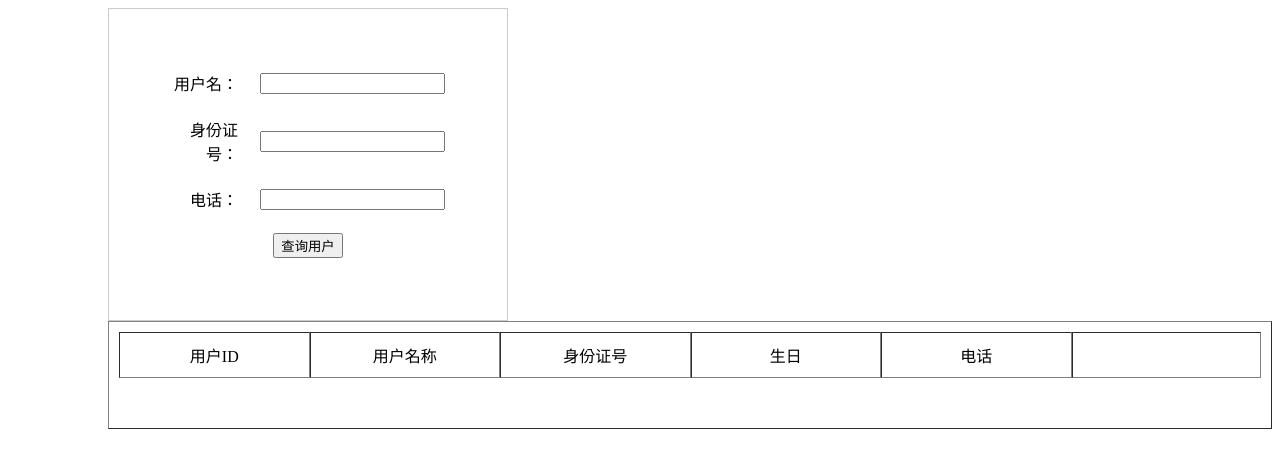
Repository: showmore/study
Page: http://localhost/MyWebProject/
The author's editor kept a copy of each file at every save. The page is drawn from the files as they stood at one save, then again after the next save.
The browser window is 1280 px wide. The pictures show the whole page.
The page is served by Tomcat 9.

Above is the page before, as saved 2018-12-23 13:41:21.

After the next save:
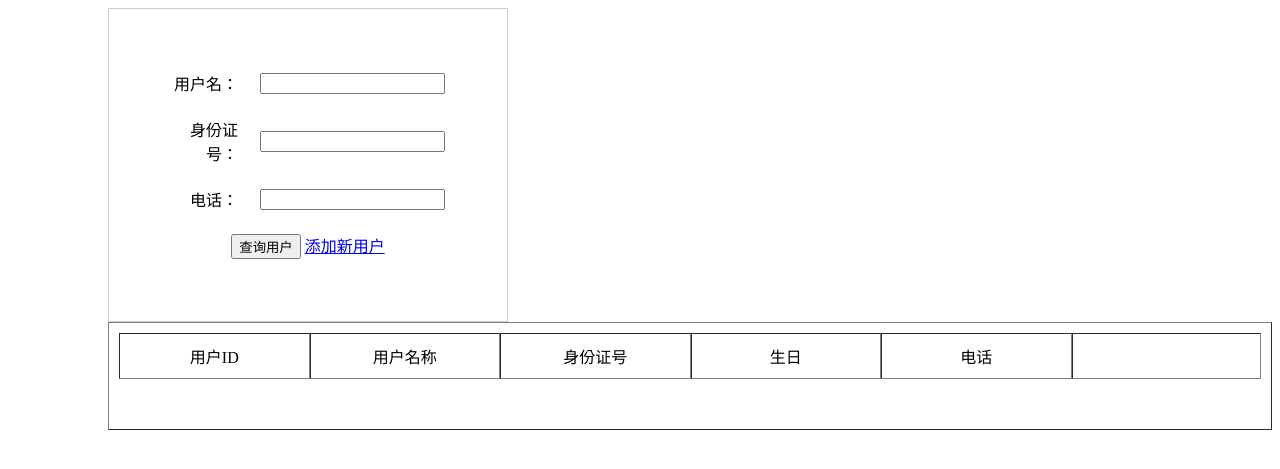
Saved 73 s later.
--- a/MyWebProject/WebContent/index.jsp
+++ b/MyWebProject/WebContent/index.jsp
@@ -41,7 +41,7 @@
 			<tr>
 				<td colspan=2 style="text-align: center;"><input type="submit"
 					value="查询用户" />
-					<a href="<%=request.getContextPath()%>/add.udo"></a>
+					<a href="<%=request.getContextPath()%>/add.udo">添加新用户</a>
 					</td>
 
 			</tr>
